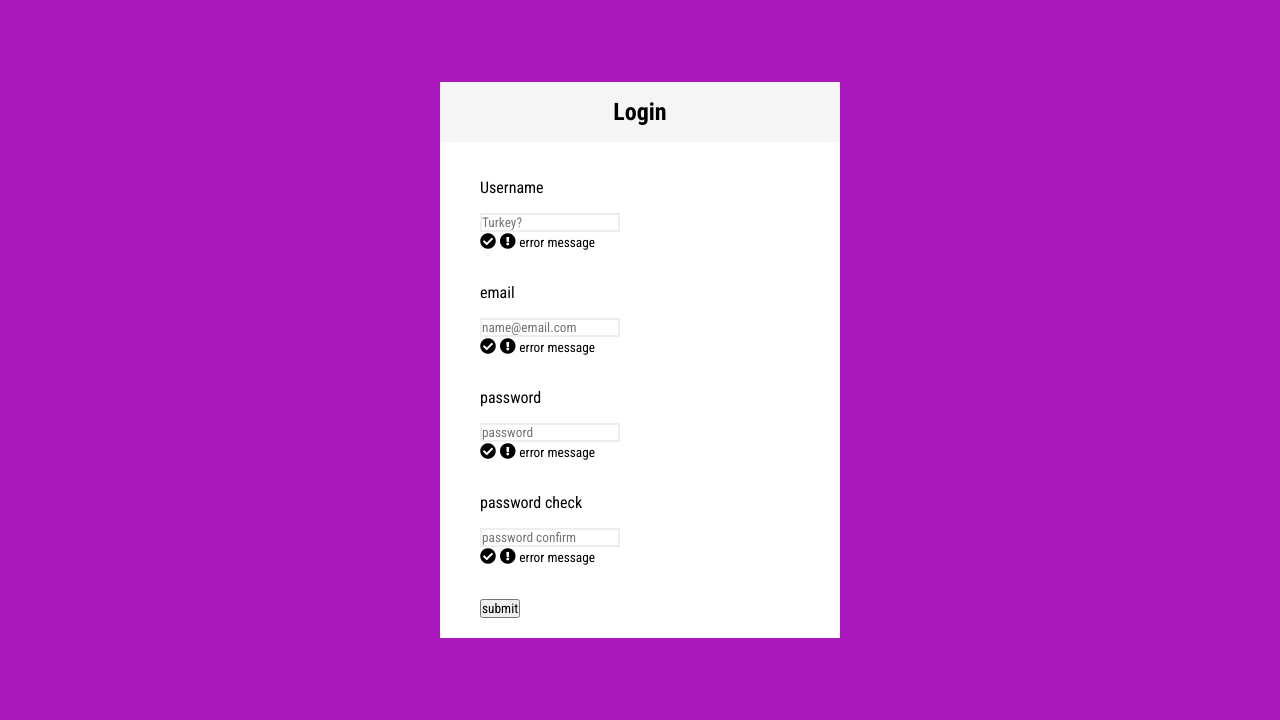
Repository: Abdoulrhman-altyeb/form-_validation-
Page: index.html
The author's editor kept a copy of each file at every save. The page is drawn from the files as they stood at one save, then again after a run of saves.
The browser window is 1280 px wide. The pictures show the whole page.

Above is the page before, as saved 2021-05-23 20:47:42.

After the next 2 saves:
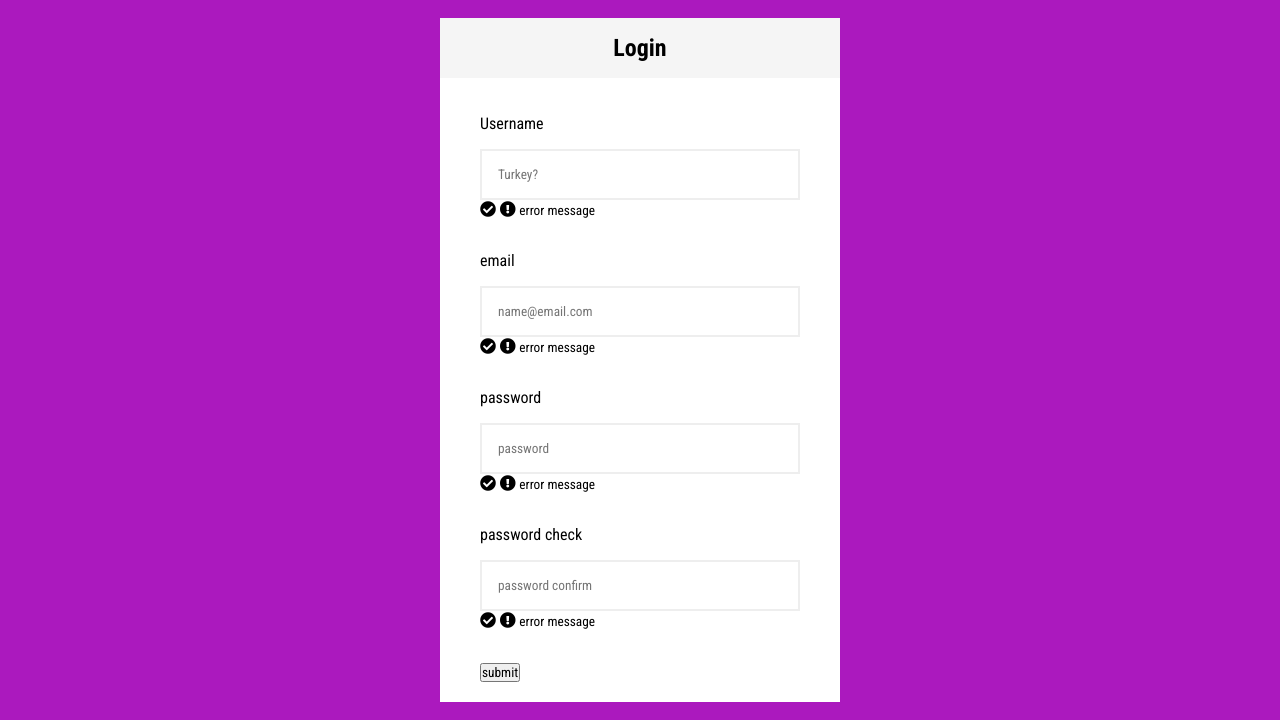
The 2 saves are shown as one change because they came seconds apart.
The last was saved 8 s later.
--- a/style.css
+++ b/style.css
@@ -39,4 +39,6 @@ body{
 .form-control input{
     display: block;
     border:2px solid #eee;
+    width:100%;
+    padding:1rem;
 }
